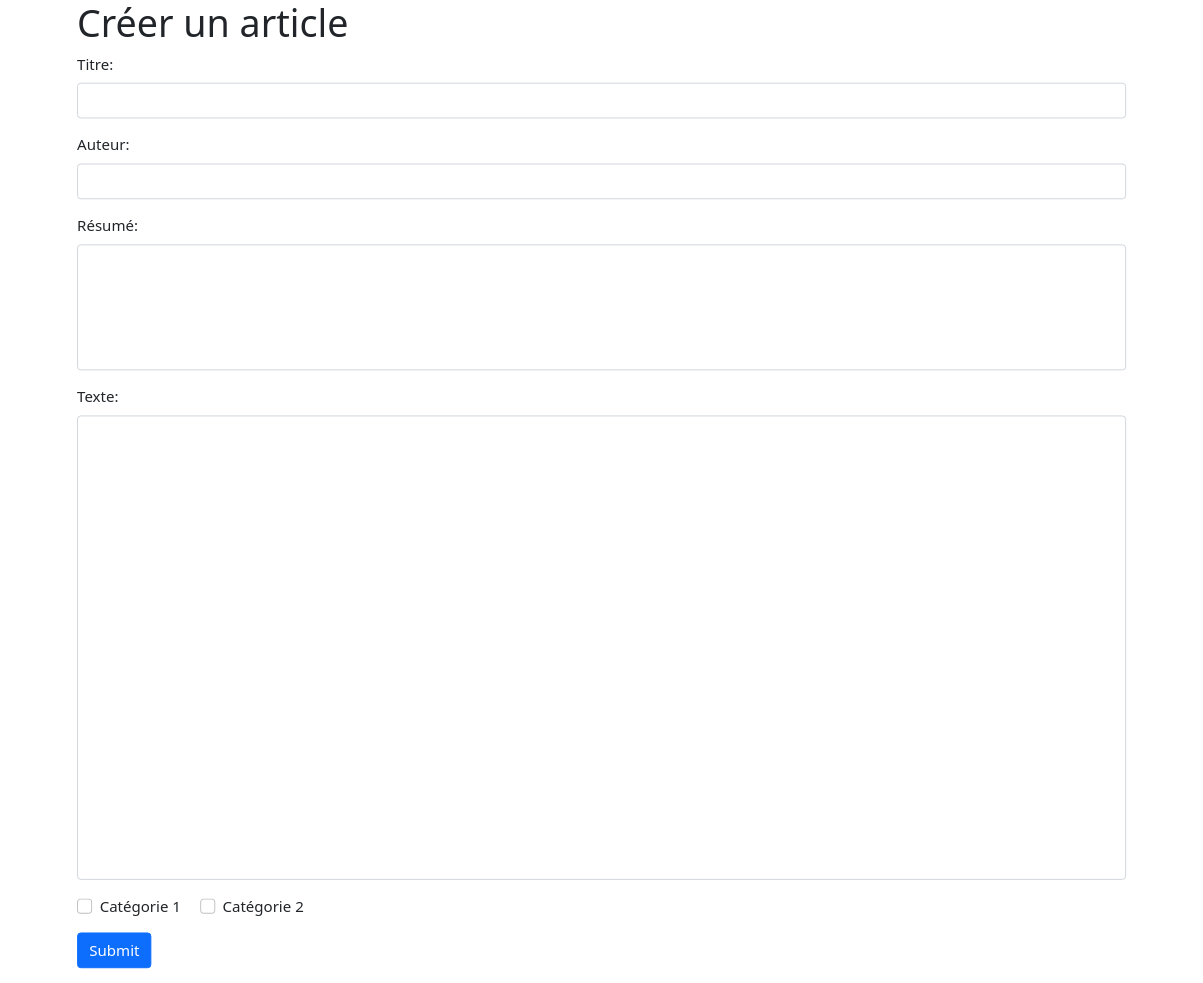
Repository: QuentinFayt/NewsWeb
Page: sources/adminNewsWeb/createArticle.html
These files come from the project's save history. The page is drawn as it stood at one moment and after the next save; the edit follows.
The browser window is 1280 px wide. The pictures show the whole page, at 94% of full size.

Above is the page before, as saved 2021-12-23 11:17:57.

After the next save:
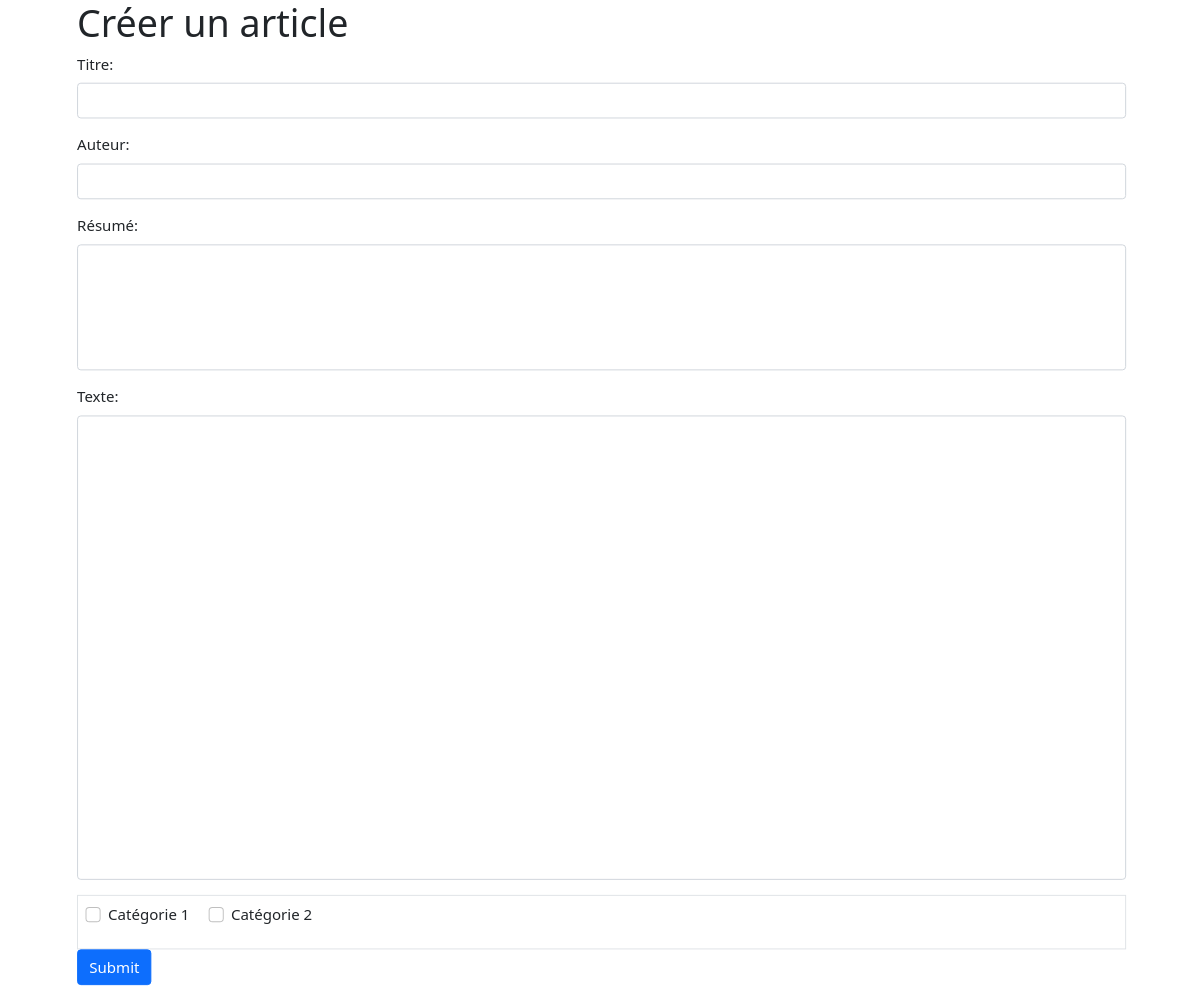
Saved 20 s later.
--- a/sources/adminNewsWeb/createArticle.html
+++ b/sources/adminNewsWeb/createArticle.html
@@ -32,7 +32,7 @@
                 <label for="text" class="form-label">Texte:</label>
                 <textarea name="text" class="form-control" id="text" rows="20" style="resize: none;" required></textarea>
             </div>
-            <fieldset class="scheduler-border">
+            <fieldset class="border p-2">
                 <div class="form-check form-check-inline mb-3">
                     <input name="section" class="form-check-input" type="checkbox" id="section1" value="option1">
                     <label class="form-check-label" for="section1">Catégorie 1</label>
